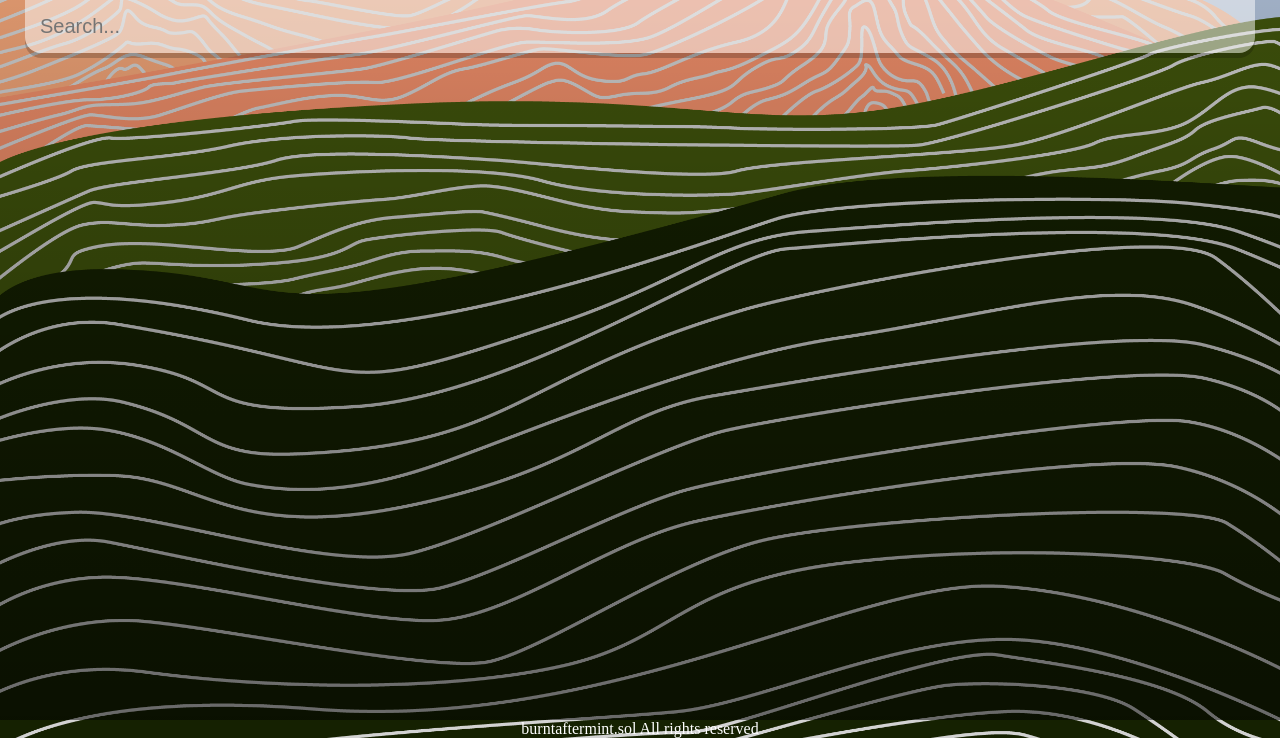
Repository: burntaftermint/weather
Page: /
An editor plug-in stored every save of this project. The page is shown before and after the next save, followed by the edit.
The browser window is 1280 px wide. The pictures show the whole page.
The project was rebuilt for these pictures with package versions that can differ from the ones it lists, and the page was loaded fresh each time.

Above is the page before, as saved 2023-11-02 06:29:43.

After the next save:
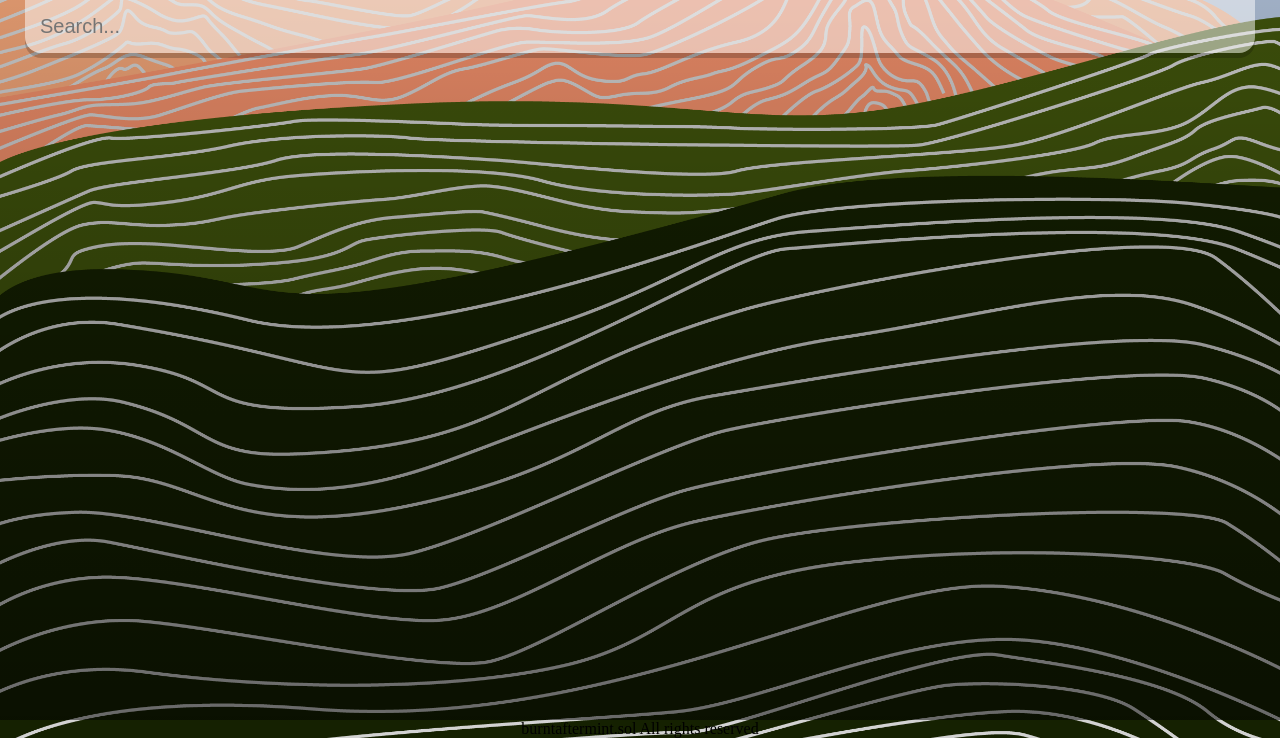
Saved 29 s later.
--- a/src/index.css
+++ b/src/index.css
@@ -105,6 +105,6 @@ main {
 
 .website__rights {
   text-align: center;
-  color: #FFF;
+  color: black;
 
 }
